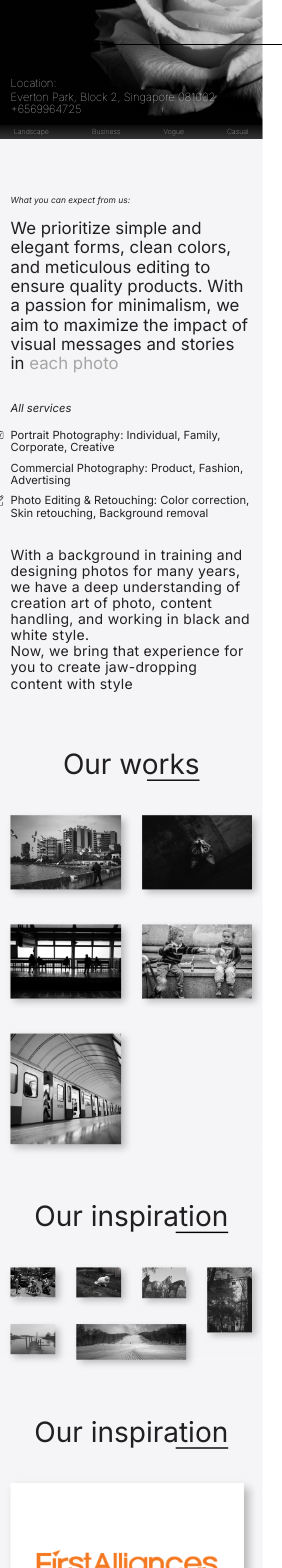
Repository: Wander1ay/Monovision_Studio
Page: src/index.html
An editor plug-in stored every save of this project. The page is shown before and after the next save, followed by the edit.
The browser window is 375 px wide. The page is 403 px wide, so the pictures cover 403 px, including what lies to the right of the window. The pictures show the part of the page from y = 301 to 2541 px (the page is 3621 px tall before and 3591 px after), at 70% of full size.

Above is the page before, as saved 2025-04-05 20:15:21.

### src/index.html
<!DOCTYPE html>
<html lang="en">
<head>
    <meta charset="UTF-8">
    <meta name="viewport" content="width=device-width, initial-scale=1.0">
    <title>Monovision Studio</title>

    <link
        href="https://fonts.googleapis.com/css2?family=Inter:ital,opsz,wght@0,14..32,100..900;1,14..32,100..900&display=swap"
        rel="stylesheet">
    <link rel="stylesheet" href="css/modern-normalize.min.css">
    <link rel="stylesheet" href="css/style.css">
</head>
<body>
    <main>
        <section class="promo">
            <div class="container">
                <h1 class="promo__title">Monovision Studio</h1>
                <h2 class="promo_subtitle">Want some style on your photos?</h2>
                <a href="#" class="btn">Portfolio</a>
                <div class="promo__adress">
                    Location:
                    <address>Everton Park, Block 2, Singapore 081002</address>
                    <a href="tel:+6569964725">+6569964725</a>
                </div>
            </div>
            <ul class="keywords">
                <li>Landscape</li>
                <li>Business</li>
                <li>Vogue</li>
                <li>Casual</li>
                <li>Style</li>
                <li>Pets</li>
                <li>Industrial</li>
                <li>Family</li>
                <li>Company</li>
                <li>Clothes</li>
                <li>Design</li>
                <li>Urban</li>
                <li>Fashion</li>
                <li>Portrait</li>
                <li>Nature</li>
            </ul>
        </section>

        <section class="about">
            <div class="container">
                <h2 class="about__title">What you can expect from us:</h2>
                <p class="about__text">We prioritize simple and elegant forms, clean colors, and meticulous editing to ensure quality
                    products. With a passion
                    for minimalism, we aim to maximize the impact of visual messages and stories in <span>each photo</span></p>
                <div class="servisces">
                    <div class="servisces__items">
                        <div class="services__item-subtitle">All services</div>
                        <ul>
                            <li>Portrait Photography: Individual, Family, Corporate, Creative</li>
                            <li>Commercial Photography: Product, Fashion, Advertising</li>
                            <li>Photo Editing & Retouching: Color correction, Skin retouching, Background removal</li>
                        </ul>
                    </div>
                    <p class="services__text">
                        With a background in training and designing photos for many years, we have a deep understanding of creation art
                        of
                        photo, content handling, and working in black and white style. <br>
                        Now, we bring that experience for you to create jaw-dropping content with style
                    </p>
                </div>
            </div>
        </section>

        <section class="works">
            <div class="container">
                <h2 class="title"><span>Our works</span></h2>
                <div class="works__grid">
                    <img src="img/works/bridge.jpg" alt="bridge">
                    <img src="img/works/cat.jpg" alt="cat">
                    <img src="img/works/train.jpg" alt="train">
                    <img src="img/works/children.jpg" alt="children">
                    <img src="img/works/underground.jpg" alt="underground">
                </div>
            </div>
        </section>

        <section class="inspiration">
            <div class="container">
                <h2 class="title"><span>Our inspiration</span></h2>
                <div class="inspiration__grid">
                    <img src="img/inspiration/man.jpg" alt="man">
                    <img src="img/inspiration/cat.jpg" alt="cat">
                    <img src="img/inspiration/horses.jpg" alt="horses">
                    <img src="img/inspiration/bridge.jpg" alt="bridge">
                    <img id="sky" src="img/inspiration/sky.jpg" alt="sky">
                    <img id="tenement" src="img/inspiration/tenement.jpg" alt="tenement">
                </div>
             </div>
        </section>

        <section class="customers">
            <div class="container">
                <h2 class="title"><span>Our inspiration</span></h2>
                <div class="customers__wrapper">
                    <img src="logo/logo-first-alliances.jpg" alt="first-alliances">
                    <img src="logo/logo-growell.jpg" alt="growel">
                    <img src="logo/logo-iec-winter-wolf.jpg" alt="iec-winter-wolf">
                </div>
            </div>
        </section>
        <footer class="footer">
            <ul class="footer__social">
                    <li>
                        <a href="#" class="footer__link">
                            <img src="icons/facebook.svg" alt="facebook">
                        </a>
                    </li>
                    <li>
                        <a href="#" class="footer__link">
                            <img src="icons/tg.svg" alt="tg">
                        </a>
                    </li>
                                    <li>
                        <a href="#" class="footer__link">
                            <img src="icons/whatsapp.svg" alt="whatsapp">
                        </a>
                    </li>
            </ul>
            <address class="footer__addr">
                Everton Park, Block 2, Singapore 081002
            </address>
            <a class="footer__tel" href="tel:+6569964725">+6569964725</a>
        </footer>
    </main>
</body>
</html>

### src/css/modern-normalize.min.css
/**
 * Minified by jsDelivr using clean-css v5.3.3.
 * Original file: /npm/modern-normalize@3.0.1/modern-normalize.css
 *
 * Do NOT use SRI with dynamically generated files! More information: https://www.jsdelivr.com/using-sri-with-dynamic-files
 */
/*! modern-normalize v3.0.1 | MIT License | https://github.com/sindresorhus/modern-normalize */
*,::after,::before{box-sizing:border-box}html{font-family:system-ui,'Segoe UI',Roboto,Helvetica,Arial,sans-serif,'Apple Color Emoji','Segoe UI Emoji';line-height:1.15;-webkit-text-size-adjust:100%;tab-size:4}body{margin:0}b,strong{font-weight:bolder}code,kbd,pre,samp{font-family:ui-monospace,SFMono-Regular,Consolas,'Liberation Mono',Menlo,monospace;font-size:1em}small{font-size:80%}sub,sup{font-size:75%;line-height:0;position:relative;vertical-align:baseline}sub{bottom:-.25em}sup{top:-.5em}table{border-color:currentcolor}button,input,optgroup,select,textarea{font-family:inherit;font-size:100%;line-height:1.15;margin:0}[type=button],[type=reset],[type=submit],button{-webkit-appearance:button}legend{padding:0}progress{vertical-align:baseline}::-webkit-inner-spin-button,::-webkit-outer-spin-button{height:auto}[type=search]{-webkit-appearance:textfield;outline-offset:-2px}::-webkit-search-decoration{-webkit-appearance:none}::-webkit-file-upload-button{-webkit-appearance:button;font:inherit}summary{display:list-item}
/*# sourceMappingURL=/sm/d2d8cd206fb9f42f071e97460f3ad9c875edb5e7a4b10f900a83cdf8401c53a9.map */

### src/css/style.css
h1,
h2,
h3,
h4,
h5,
figure,
p,
ol,
ul {
    margin: 0;
}

ol[role="list"],
ul[role="list"] {
    list-style: none;
    padding-inline: 0;
}

h1,
h2,
h3,
h4,
h5 {
    font-size: inherit;
    font-weight: inherit;
}

img {
    display: block;
    max-inline-size: 100%;
}

:root {
    --light-color: #F5F5F7;
    --dark-color: #221F20;
    --container-padding-inline: 13%;
    --footer-padding-inline: 10%;
    @media screen and (max-width: 768px) {
        --container-padding-inline: 6%;
        --footer-padding-inline: 6%;
    }
    @media screen and (max-width: 576px) {
        --container-padding-inline: 15px;
        --footer-padding-inline: 15px;
    }
}

html {
    font-family: "Inter", sans-serif;
}

.container {
    padding: 0 var(--container-padding-inline);
}

.title {
    text-align: center;
    font-weight: 400;
    font-size: 40px;
    color: var(--dark-color);
    span {
        position: relative;
    }
    span::after {
        content: '';
        position: absolute;
        bottom: 0;
        right: 0;
        display: block;
        background-color: black;
        width: 75px;
        height: 2px;
    }
}

.promo {
    position: relative;
    min-height: 100vh;
    background: url('../img/main_bg.jpeg') center center / cover no-repeat;
    padding-top: 75px;
    @media screen and (max-width: 768px) {
        & {
            background: url('../img/tablet_bg.jpg') center center / cover no-repeat
        }
    }
    @media screen and (max-width: 576px) {
        & {
            min-height: 500px;
            padding-top: 50px;
        }
    }
}

.promo__title {
    font-weight: 400;
    font-size: 60px;
    text-transform: uppercase;
    color: var(--light-color);
    @media screen and (max-width: 768px) {
        font-size: 48px;
    }
    @media screen and (max-width: 576px) {
        font-size: 26px;
    }
}

.promo_subtitle {
    font-weight: 100;
    font-size: 32px;
    color: var(--light-color);
    padding-top: 124px;
    @media screen and (max-width: 768px) {
        & {
            padding-top: 80px;
        }
    }
    @media screen and (max-width: 576px) {
     padding-top: 30px;
     font-size: 16px;
    }
}

.btn {
    display: flex;
    justify-content: center;
    align-items: center;
    text-decoration: none;
    margin-top: 20px;
    padding: 3px 10px;
    width: 160px;
    min-height: 38px;
    border: 1px solid var(--light-color);
    background: rgba(217, 217, 217, 0);
    color: var(--light-color);
    font-weight: 100;
    font-size: 16px;
    cursor: pointer;
    transition: all 0.3s ease-out;
    @media screen and (max-width: 576px) {
        width: 120px;
        min-height: 30px;
        font-size: 14px;
    }
}

.btn:hover {
    font-weight: 500;
    font-size: 16px;
    box-shadow: 5px 5px 10px 0 rgba(255, 255, 255, 0.62);
}

.promo__adress {
    position: relative;
    margin-top: 100px;
    font-weight: 100;
    font-size: 16px;
    color: var(--light-color);
    address {
        font-style: normal;
    }
    a {
        color: inherit;
        text-decoration: none;
    }
    &::before {
        position: absolute;
        left: -45px;
        top: -17px;
        content: '';
        display: block;
        width: 49px;
        height: 49px;
        background: url(../icons/arrow.svg) center center / cover no-repeat
    }
    @media screen and (max-width: 768px) {
        & {
            margin-top: 80px;
        }
        &::before {
            left: -40;
        }
    }
    @media screen and (max-width: 750px) {
        &::before {
            display: none;
        }
    }
    @media screen and (max-width: 576px) {
     margin-top: 233px;
    }
}

.keywords {
    display: flex;
    justify-content: space-between;
    align-items: center;
    width: 100%;
    height: 20px;
    position: absolute;
    bottom: 0;
    font-weight: 100;
    font-size: 10px;
    color: var(--light-color);
    background: linear-gradient(180deg, rgba(255, 255, 255, 0.04) 0%, rgba(255, 255, 255, 0.12) 50%, rgba(255, 255, 255, 0.2) 100%);
    padding: 0 360px;
    li {
        list-style-type: none;
    }
    @media screen and (max-width: 1440px) {
        padding: 0 20px;
    }
    @media screen and (max-width: 768px) {
        & li:nth-last-child(-n + 6) {
            display: none;
        }
    }
    @media screen and (max-width: 576px) {
        & {
            margin-top: 10px;
        }
        & li:nth-last-child(-n + 11) {
            display: none;
        }
    }
}

.about {
    padding-top: 80px;
    background-color: var(--light-color);
}

.about__title {
    font-style: italic;
    font-weight: 400;
    font-size: 12px;
    color: var(--dark-color);
}

.about__text {
    width: 1100px;
    margin-top: 20px;
    font-weight: 400;
    font-size: 40px;
    color: var(--dark-color);
    span {
        color: #a5a5a5;
    }
    @media screen and (max-width: 1440px) {
        width: 100%;
    }
    @media screen and (max-width: 768px) {
        & {
            font-size: 24px;
        }
    }
}

.servisces {
    margin-top: 80px;
    display: flex;
    column-gap: 10px;
    @media screen and (max-width: 768px) {
        display: block;
        margin-top: 40px;
    }
}

.servisces__items {
    width: 50%;
    ul {
        margin-top: 20px;
        padding: 0;
    }
    li {
        position: relative;
        margin-top: 10px;
        list-style-type: none;
        font-weight: 400;
        font-size: 16px;
        color: var(--dark-color);
        &:first-child::before {
                content: '';
                display: block;
                position: absolute;
                left: -30px;
                top: 2px;
                width: 15px;
                height: 15px;
                background: url('../icons/camera.svg') center center / cover no-repeat
            }
            @media screen and (max-width: 768px) {
                &:first-child::before {
                    content: '';
                    left: -25px;
                }
            }
        &:nth-child(3)::before {
            content: '';
            display: block;
            position: absolute;
            left: -30px;
            top: 2px;
            width: 15px;
            height: 15px;
            background: url('../icons/edit.svg') center center / cover no-repeat;
        }
        @media screen and (max-width: 768px) {
            &:nth-child(3)::before {
                left: -25px;
            }
        }
    }
    @media screen and (max-width: 768px) {
        width: 100%;
    }
}

.services__item-subtitle {
    font-style: italic;
    font-weight: 400;
    font-size: 16px;
    color: var(--dark-color);
}

.services__text {
    width: 50%;
    font-weight: 400;
    font-size: 20px;
    letter-spacing: 0.02em;
    color: var(--dark-color);
    @media screen and (max-width: 768px) {
        margin-top: 40px;
        width: 100%;
    }
}

.works {
    padding-top: 80px;
    background-color: var(--light-color);
}

.works__grid {
    display: grid;
    margin-top: 50px;
    grid-template-columns: repeat(2, 1fr);
    grid-template-rows: repeat(2, 1fr) 1.5fr;
    column-gap: 30px;
    row-gap: 50px;
    img {
        width: 100%;
        height: 100%;
        object-fit: cover;
        box-shadow: 5px 5px 10px 0 rgba(0, 0, 0, 0.25);
    }

}

.inspiration {
    padding-top: 80px;
    background-color: var(--light-color);
}


.inspiration__grid {
        display: grid;
        grid-template-columns: repeat(4, 1fr);
        grid-template-rows:  repeat(2, 1fr);
        gap: 30px;
        margin-top: 50px;
        img {
                width: 100%;
                box-shadow: 5px 5px 10px 0px rgba(0, 0, 0, 0.25);
            }
}

#tenement {
    grid-row: 1/3;
    grid-column: 4/5;
}

#sky {
    grid-column: 2/4;
}

.customers {
    background-color: var(--light-color);
    padding: 80px 0 100px 0;
}

.customers__wrapper {
    margin-top: 50px;
    display: flex;
    flex-wrap: wrap;
    gap: 30px;
    img {
        width: calc(100% - 90px) / 4;
        box-shadow: 7px 7px 12px 0 rgba(0, 0, 0, 0.25);
    }
}

.footer {
    display: flex;
    justify-content: space-around;
    align-items: center;
    padding: 88px var(--footer-padding-inline);
    background: black;
    font-weight: 400;
    font-size: 20px;
    color: var(--light-color);
}

.footer__addr {
    font-style: normal;
}

.footer__tel {
    color: var(--light-color);
    text-decoration: none;
}

.footer__social {
    padding-left: 0;
    display: flex;
    gap: 30px;
    list-style-type: none;
    li {
        justify-content: center;
        align-items: center;
        display: flex;
        width: 32px;
        height: 32px;
        background: rgba(217, 217, 217, 0);
        border: 1px solid var(--light-color);
        img {
            width: 22px;
            height: 22px;
        }
    }
}

After the next save:
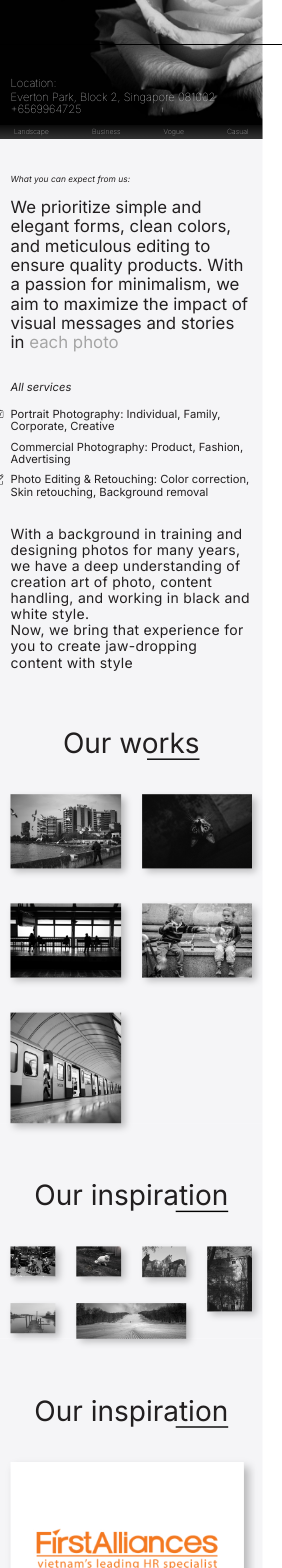
Saved 41 h 44 min later.
--- a/src/css/style.css
+++ b/src/css/style.css
@@ -227,6 +227,9 @@
 .about {
     padding-top: 80px;
     background-color: var(--light-color);
+    @media screen and (max-width: 576px) {
+        padding-top: 50px;
+    }
 }
 
 .about__title {
